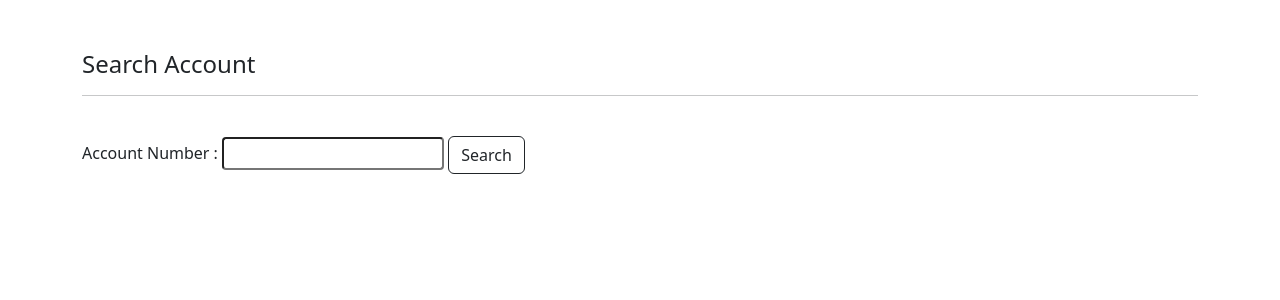
Repository: Kapil-06/My-Java-Projects
Page: AJAX Module/src/main/webapp/SearchAccountUsingAjax.html
An editor plug-in stored every save of this project. The page is shown before and after the next save, followed by the edit.
The browser window is 1280 px wide. The pictures show the whole page.

Above is the page before, as saved 2023-06-12 05:34:45.

### AJAX Module/src/main/webapp/SearchAccountUsingAjax.html
<!DOCTYPE html>
<html>
<head>
<meta charset="ISO-8859-1">
<title>SelectAccount</title>
<link rel="stylesheet" href="bootstrap.min.css">
<script type="text/javascript">
    function createRequestObject() {
        var tmpXmlHttpObject;
        if (window.XMLHttpRequest) {
                tmpXmlHttpObject = new XMLHttpRequest();
        } else if (window.ActiveXObject) {
            tmpXmlHttpObject = new ActiveXObject("Microsoft.XMLHTTP");
        }

        return tmpXmlHttpObject;
    }


    var http = createRequestObject();

    function makeGetRequest() {
        no=document.frm.accno.value;
        http.open('get', 'ShowAccountDetails.jsp?accno=' + no);
        http.onreadystatechange = processResponse;
        http.send(null);
    }

    function processResponse() {
        if(http.readyState == 4){
            var response = http.responseText;
            document.getElementById('res').innerHTML = response;
        }
    }
</script>
</head>
<body style="margin-top: 50px;">
    <div class="container">
        <h4>Search Account</h4>
        <hr>
        <br>
        <form name="frm">
            Account Number :
            <input type="number" name="accno" class="form-control-sm">
            <input type="button" value="Search" class="btn btn-outline-dark" onclick="makeGetRequest()">
        </form>
        <br>
		<div class="container" style="margin-left: 30px;" id="res"></div>
    </div>

</body>
</html>

Loaded but not shown: AJAX Module/src/main/webapp/bootstrap.min.css (library)

After the next save:
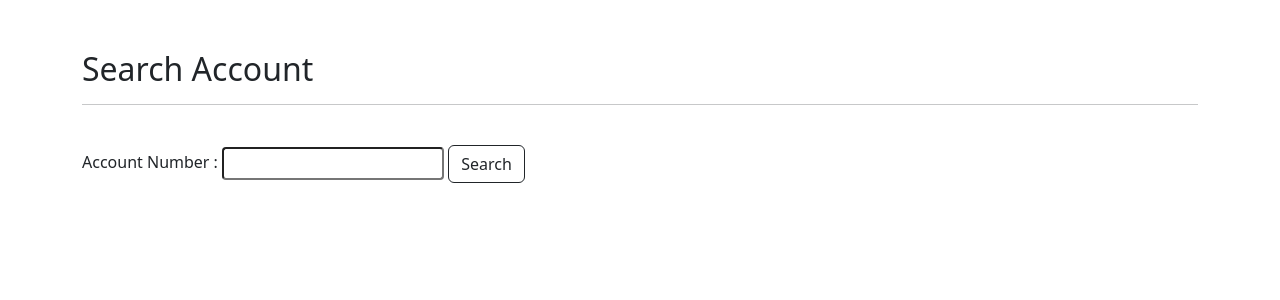
Saved 26 s later.
--- a/AJAX Module/src/main/webapp/SearchAccountUsingAjax.html
+++ b/AJAX Module/src/main/webapp/SearchAccountUsingAjax.html
@@ -36,7 +36,7 @@
 </head>
 <body style="margin-top: 50px;">
     <div class="container">
-        <h4>Search Account</h4>
+        <h2>Search Account</h2>
         <hr>
         <br>
         <form name="frm">
